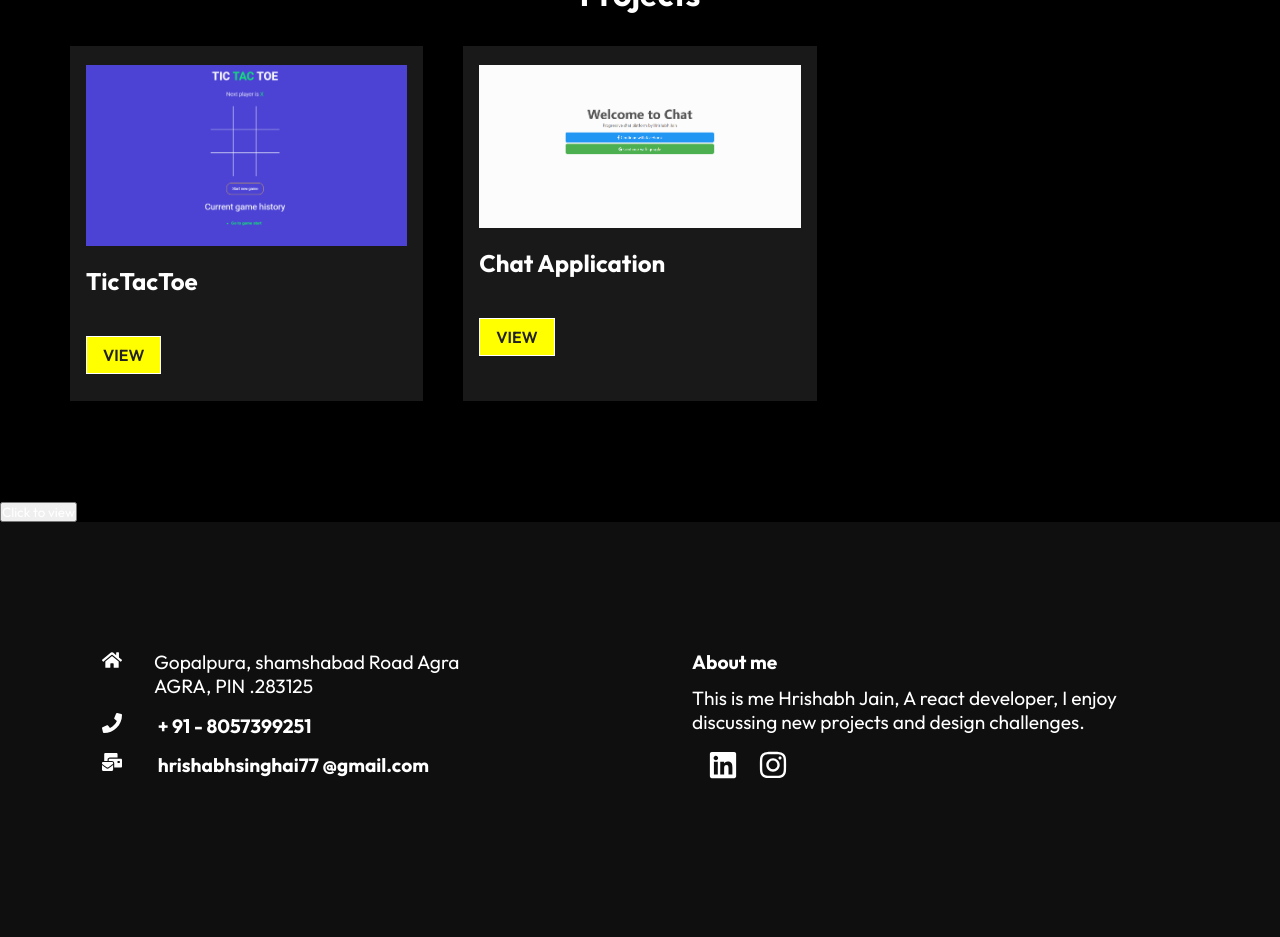
Repository: Hrishabhsinghai/Portfolio
Page: /project
These files come from the project's save history. The page is drawn as it stood at one moment and after the next save; the edit follows.
The browser window is 1280 px wide. The pictures show the part of the page from y = 594 to 1546 px (the page is 1531 px tall before and 1546 px after).
The project was rebuilt for these pictures with package versions that can differ from the ones it lists, and the page was loaded fresh each time. Also part of the build but not shown: src/components/HeroImgStyles.css, src/components/HeroImg.js, src/routes/Home.js, src/components/AboutContentSttyles.css, src/components/AboutContent.js, src/routes/About.js, src/routes/Contact.js.

Above is the page before, as saved 2024-01-11 22:22:11.

After the next save:
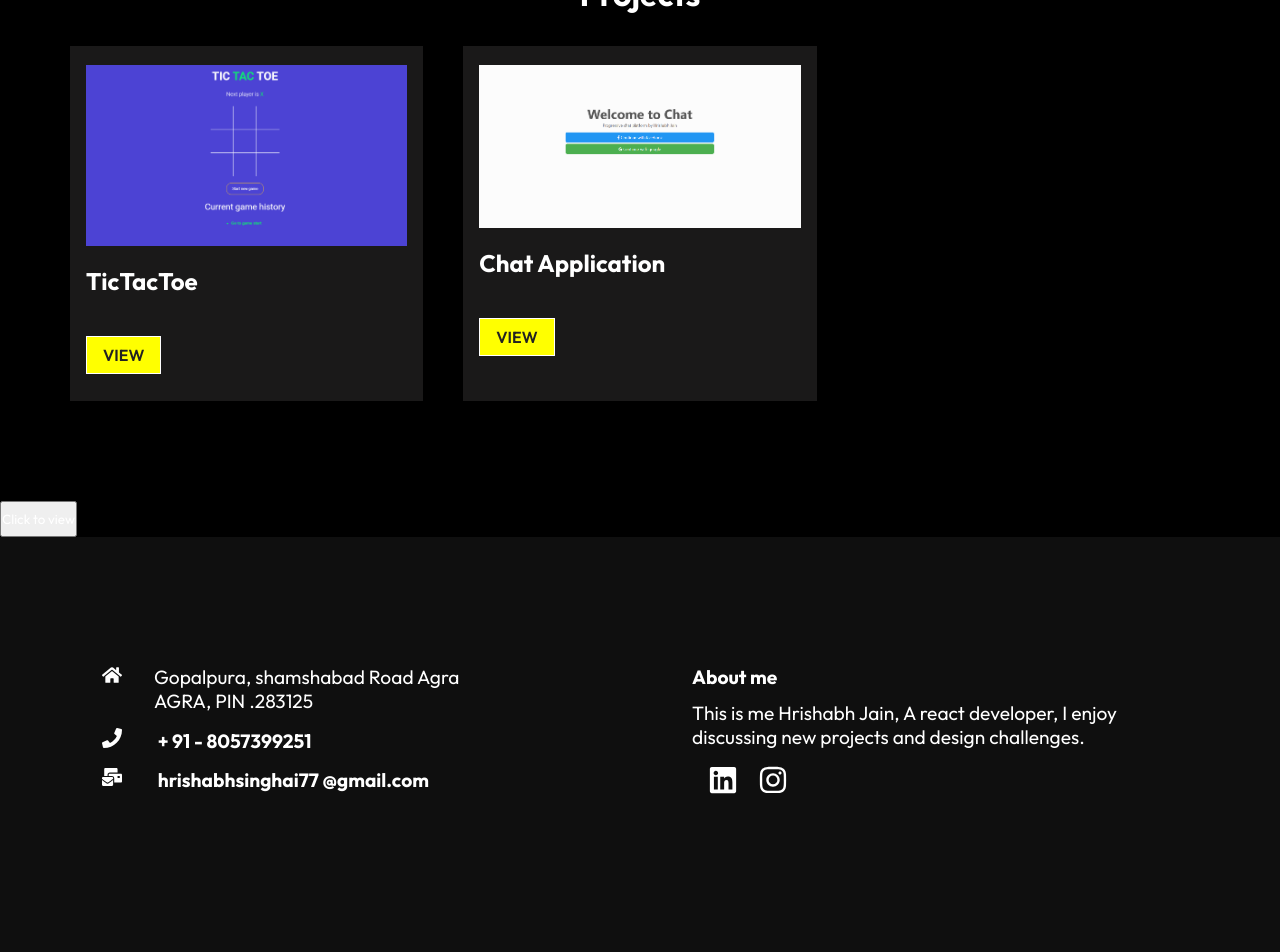
Saved 51 s later.
--- a/src/components/Work.js
+++ b/src/components/Work.js
@@ -23,7 +23,7 @@
         })}{" "}
       </div>{" "}
       <div className="github"> My Github Repositery </div>{" "}
-      <button className="git-btn">
+      <button className="pro-btns">
         {" "}
         <NavLink to="www.google.com"> Click to view </NavLink>{" "}
       </button>{" "}

After the save that followed:
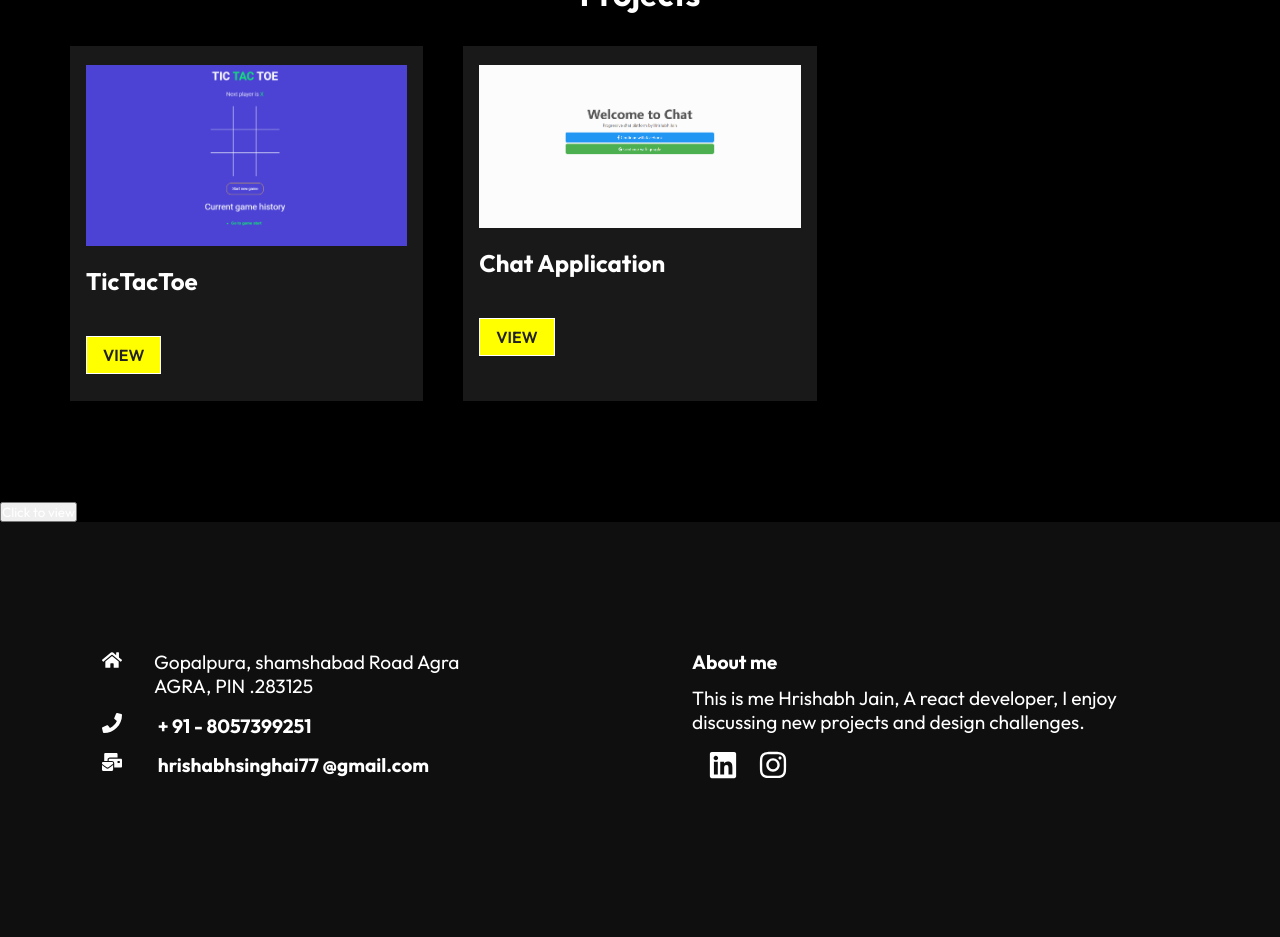
Saved 41 s later.
--- a/src/components/Work.js
+++ b/src/components/Work.js
@@ -23,7 +23,7 @@
         })}{" "}
       </div>{" "}
       <div className="github"> My Github Repositery </div>{" "}
-      <button className="pro-btns">
+      <button className="git-btns">
         {" "}
         <NavLink to="www.google.com"> Click to view </NavLink>{" "}
       </button>{" "}
